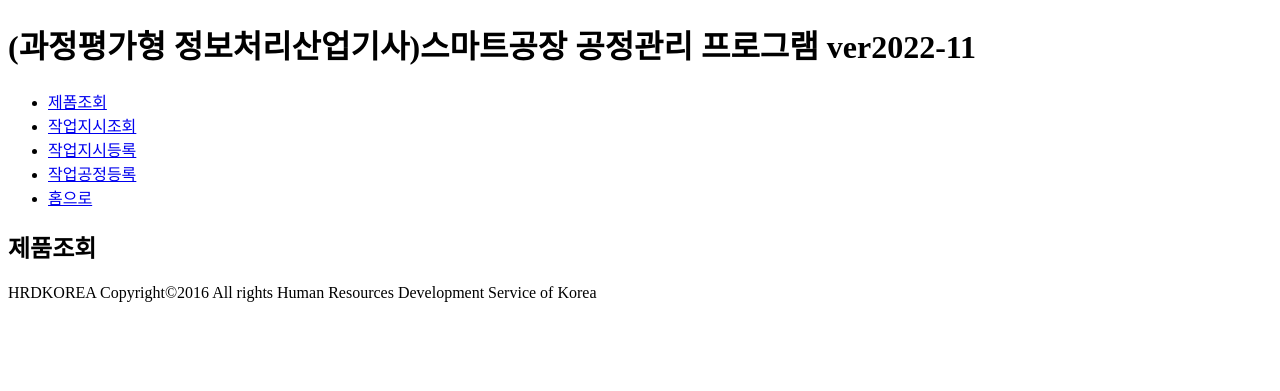
Repository: anakyn01/exam
Page: http://localhost/smart_5/sub1.jsp
The author's editor kept a copy of each file at every save. The page is drawn from the files as they stood at one save, then again after the next save.
The browser window is 1280 px wide. The pictures show the whole page.
The page is served by Tomcat 9. Other server files are loaded and not shown.

Above is the page before, as saved 2025-01-06 07:04:11.

### smart_5/src/main/webapp/sub1.jsp
<%@ page language="java" contentType="text/html; charset=UTF-8"
    pageEncoding="UTF-8"%>
<jsp:include page="include/header.jsp"/>

<section>
<h2>제품조회</h2>
</section>

<jsp:include page="include/footer.jsp"/>

### smart_5/src/main/webapp/include/header.jsp
<%@ page language="java" contentType="text/html; charset=UTF-8"
    pageEncoding="UTF-8"%>
<!DOCTYPE html>
<html>
<head>
<meta charset="UTF-8">
<title>스마트 공정관리 프로그램</title>
<link rel="stylesheet" href="css/style.css"/>
</head>
<body>
<header>
<h1>(과정평가형 정보처리산업기사)스마트공장 공정관리 프로그램 ver2022-11</h1>
</header>
<nav>
<ul>
<li><a href="sub1.jsp">제폼조회</a></li>
<li><a href="sub2.jsp">작업지시조회</a></li>
<li><a href="sub3.jsp">작업지시등록</a></li>
<li><a href="sub4.jsp">작업공정등록</a></li>
<li><a href="index.jsp">홈으로</a></li>
</ul>
</nav>

### smart_5/src/main/webapp/include/footer.jsp
<%@ page language="java" contentType="text/html; charset=UTF-8"
    pageEncoding="UTF-8"%>
<footer>
<p>HRDKOREA Copyright&copy;2016 All rights Human Resources Development Service of Korea</p>
</footer>
</body>
</html>

Loaded but not shown: smart_5/src/main/webapp/css/style.css (common file)

After the next save:
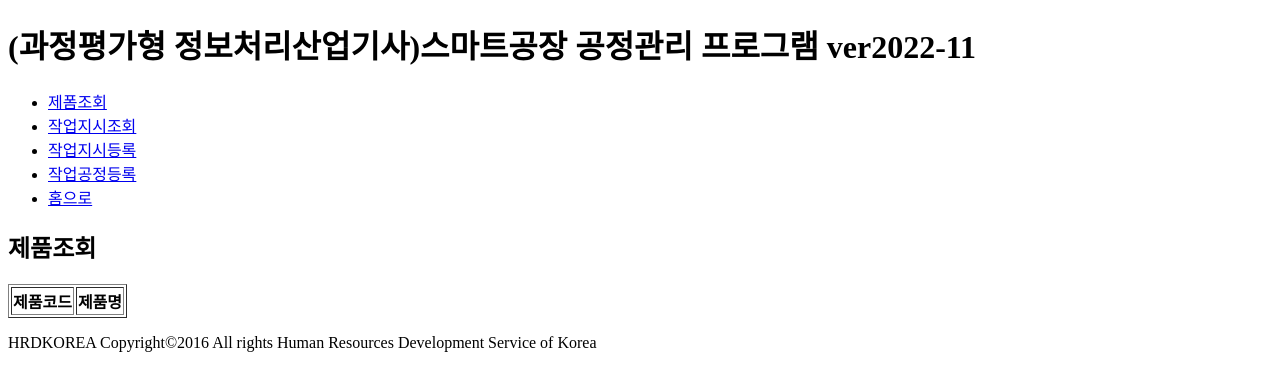
Saved 44 s later.
--- a/smart_5/src/main/webapp/sub1.jsp
+++ b/smart_5/src/main/webapp/sub1.jsp
@@ -4,6 +4,12 @@
 
 <section>
 <h2>제품조회</h2>
+<table border=1>
+<tr>
+<th>제품코드</th>
+<th>제품명</th>
+</tr>
+</table>
 </section>
 
 <jsp:include page="include/footer.jsp"/>
